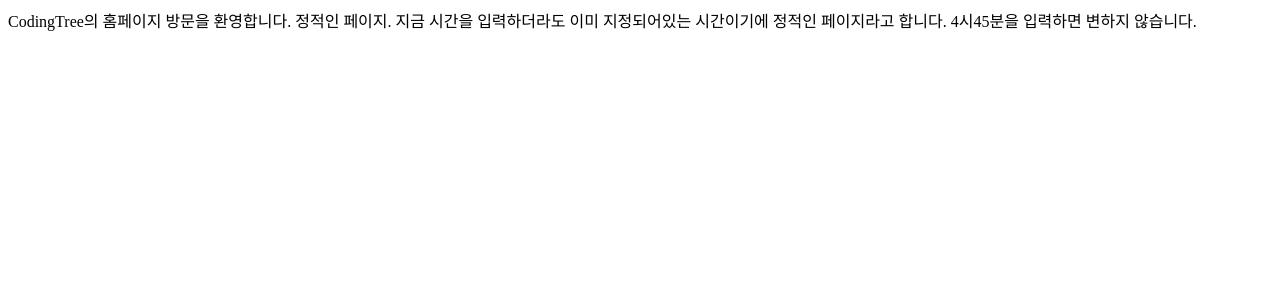
Repository: pol963/Jsp
Page: http://localhost/WEB/time.jsp
These files come from the project's save history. The page is drawn as it stood at one moment and after the next save; the edit follows.
The browser window is 1280 px wide. The pictures show the whole page.
The page is served by Tomcat 9. Other server files are loaded and not shown.

Above is the page before, as saved 2022-04-28 21:28:48.

### WEB/webapp/time.jsp
<%@page import="java.util.Date"%>
<%@ page language="java"
	contentType="text/html; charset=UTF-8"
    pageEncoding="UTF-8"%>

  <%
  	Date d = new Date();
  %>

<!DOCTYPE html>
<html>
<head>
<meta charset="UTF-8">
<title>Insert title here</title>
</head>
<body>

	CodingTree의 홈페이지 방문을 환영합니다.
	정적인 페이지.
	지금 시간을 입력하더라도 이미 지정되어있는 시간이기에 정적인
	페이지라고 합니다.
	4시45분을 입력하면 변하지 않습니다.

</body>
</html>

After the next save:
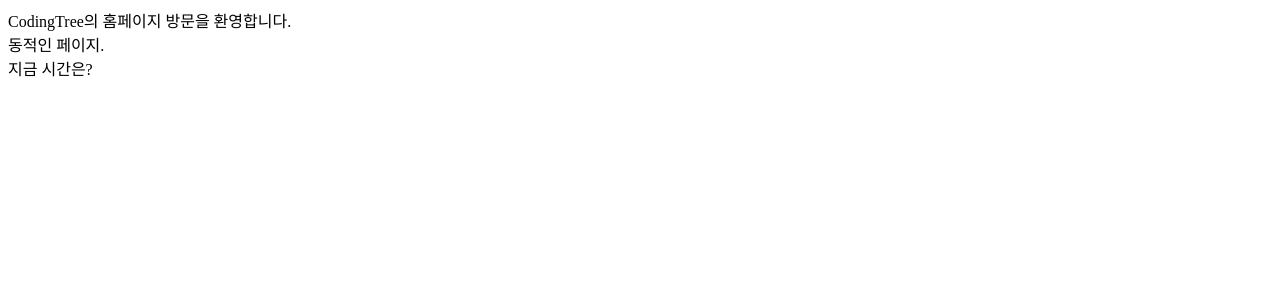
Saved 3 s later.
--- a/WEB/webapp/time.jsp
+++ b/WEB/webapp/time.jsp
@@ -15,11 +15,9 @@
 </head>
 <body>
 
-	CodingTree의 홈페이지 방문을 환영합니다.
-	정적인 페이지.
-	지금 시간을 입력하더라도 이미 지정되어있는 시간이기에 정적인
-	페이지라고 합니다.
-	4시45분을 입력하면 변하지 않습니다.
+	CodingTree의 홈페이지 방문을 환영합니다.<br>
+	동적인 페이지.<br>
+	지금 시간은?
 
 </body>
 </html>
